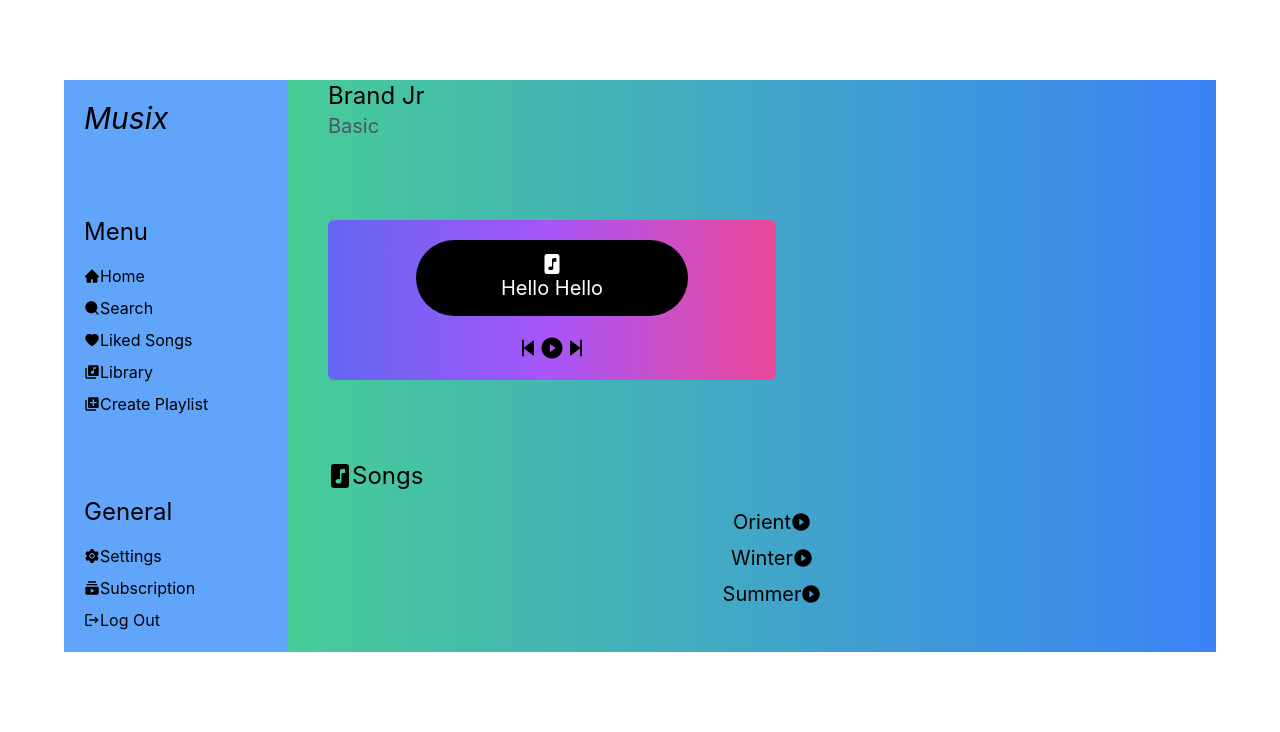
Repository: brandford7/music-player
Page: /
An editor plug-in stored every save of this project. The page is shown before and after the next save, followed by the edit.
The browser window is 1280 px wide. The pictures show the whole page.
The project was rebuilt for these pictures with package versions that can differ from the ones it lists, and the page was loaded fresh each time. The framework's server and built-in components were replaced by stand-ins that run in the browser. Also part of the build but not shown: next.config.js.

Above is the page before, as saved 2022-11-18 13:09:01.

### pages/index.js
import Head from "next/head";
import Image from "next/image";
import { MusicCard, Sidebar, SongList, UserAvatar } from "../components";

export default function Home() {
  return (
    <div className="flex mx-auto max-w-6xl my-20 space-x-10 bg-gradient-to-r from-green-400 to-blue-500">
      <Head>
        <title>Music Player</title>
        <meta name="description" content="Generated by create next app" />
        <link rel="icon" href="/favicon.ico" />
      </Head>
      <aside>
        <Sidebar />
      </aside>
      <main className="flex flex-col flex-1 space-y-20">
        <UserAvatar name="Brand Jr" subscription="Basic" />
        <MusicCard title="Hello Hello" />
        <SongList />
      </main>
    </div>
  );
}

### styles/globals.css
@tailwind base;
@tailwind components;
@tailwind utilities;



html,
body {
  padding: 0;
  margin: 0;
  font-family: -apple-system, BlinkMacSystemFont, Segoe UI, Roboto, Oxygen,
    Ubuntu, Cantarell, Fira Sans, Droid Sans, Helvetica Neue, sans-serif;
}

a {
  color: inherit;
  text-decoration: none;
}

* {
  box-sizing: border-box;
}

@media (prefers-color-scheme: dark) {
  html {
    color-scheme: dark;
  }
  body {
    color: white;
    background: black;
  }
}

### components/index.js
export { default as Sidebar } from './Sidebar';
export { default as UserAvatar } from './UserAvatar';
export { default as MusicCard } from './MusicCard';
export { default as MusicButton } from './MusicButton';
export { default as SongList } from './SongList';

### components/Sidebar.jsx
import React from "react";
import { AiFillHome, AiFillHeart, AiFillSetting } from "react-icons/ai";
import {
  MdLibraryMusic,
  MdLibraryAdd,
  MdLogout,
  MdSubscriptions,
} from "react-icons/md";
import { RiSearchFill } from "react-icons/ri";

const Sidebar = () => {
  return (
    <div className="flex flex-col space-y-20 bg-blue-400 p-5  w-56">
      <section>
        <h1 className="text-3xl italic">Musix</h1>
      </section>
      <section>
        <h2 className="mb-4 text-2xl">Menu</h2>
        <ul className="space-y-2">
          <li className="flex items-center ">
            <AiFillHome />
            Home
          </li>
          <li className="flex items-center ">
            <RiSearchFill />
            Search
          </li>
          <li className="flex items-center ">
            <AiFillHeart />
            Liked Songs
          </li>
          <li className="flex items-center ">
            <MdLibraryMusic />
            Library
          </li>
          <li className="flex items-center ">
            <MdLibraryAdd />
            Create Playlist
          </li>
        </ul>
      </section>
      <section>
        <h2 className="mb-4 text-2xl">General</h2>
        <ul className="space-y-2">
          <li className="flex items-center ">
            <AiFillSetting />
            Settings
          </li>
          <li className="flex items-center ">
            <MdSubscriptions />
            Subscription
          </li>
          <li className="flex items-center ">
            <MdLogout />
            Log Out
          </li>
        </ul>
      </section>
    </div>
  );
};

export default Sidebar;

### components/UserAvatar.jsx
import React from "react";

const UserAvatar = ({ image, name, subscription }) => {
  return (
    <div className="flex flex-col">
      <img src={image} alt="" />
      <h2 className="text-2xl">{name}</h2>
      <p className="text-gray-600 text-xl"> {subscription}</p>
    </div>
  );
};

export default UserAvatar;

### components/MusicCard.jsx
import React from "react";
import { BsFillFileMusicFill } from "react-icons/bs";
import MusicButton from "./MusicButton";
import {
  AiFillPlayCircle,
  AiFillStepBackward,
  AiFillStepForward,
} from "react-icons/ai";

const MusicCard = ({ title }) => {
  return (
    <div className=" flex flex-col items-center  space-y-5 p-5 max-w-md rounded-md h-40 w-4/5 bg-gradient-to-r from-indigo-500 via-purple-500 to-pink-500">
      <section className="flex flex-col items-center justify-center space-y-2 rounded-full h-3/4 w-2/3 bg-black text-white text-xl">
        <BsFillFileMusicFill />
        {title}
      </section>
      <section className="flex items-center justify-center text-2xl">
        <MusicButton icon={<AiFillStepBackward />} />
        <MusicButton icon={<AiFillPlayCircle />} />
        <MusicButton icon={<AiFillStepForward />} />
      </section>
    </div>
  );
};

export default MusicCard;

### components/MusicButton.jsx
import React from 'react'

const MusicButton = ({icon}) => {
  return (
      <div>{icon}</div>
  )
}

export default MusicButton

### components/SongList.jsx
import React from "react";
import { BsFillFileMusicFill } from "react-icons/bs";
import { AiFillPlayCircle } from "react-icons/ai";
import MusicButton from "./MusicButton";

const SongList = () => {
  return (
    <div>
      <h1 className="flex items-center space-x-5 text-2xl mb-4">
        <BsFillFileMusicFill />
        Songs
      </h1>
      <section>
        <ul className="flex flex-col items-center text-xl space-y-2">
          <li className="flex items-center  ">
            Orient <MusicButton icon={<AiFillPlayCircle />} />
          </li>
          <li className="flex items-center justify-around ">
            Winter <MusicButton icon={<AiFillPlayCircle />} />
          </li>
          <li className="flex items-center justify-around ">
            Summer <MusicButton icon={<AiFillPlayCircle />} />
          </li>
        </ul>
      </section>
    </div>
  );
};

export default SongList;

Loaded but not shown: pages/_app.js (common file); tailwind.config.js (common file)

After the next save:
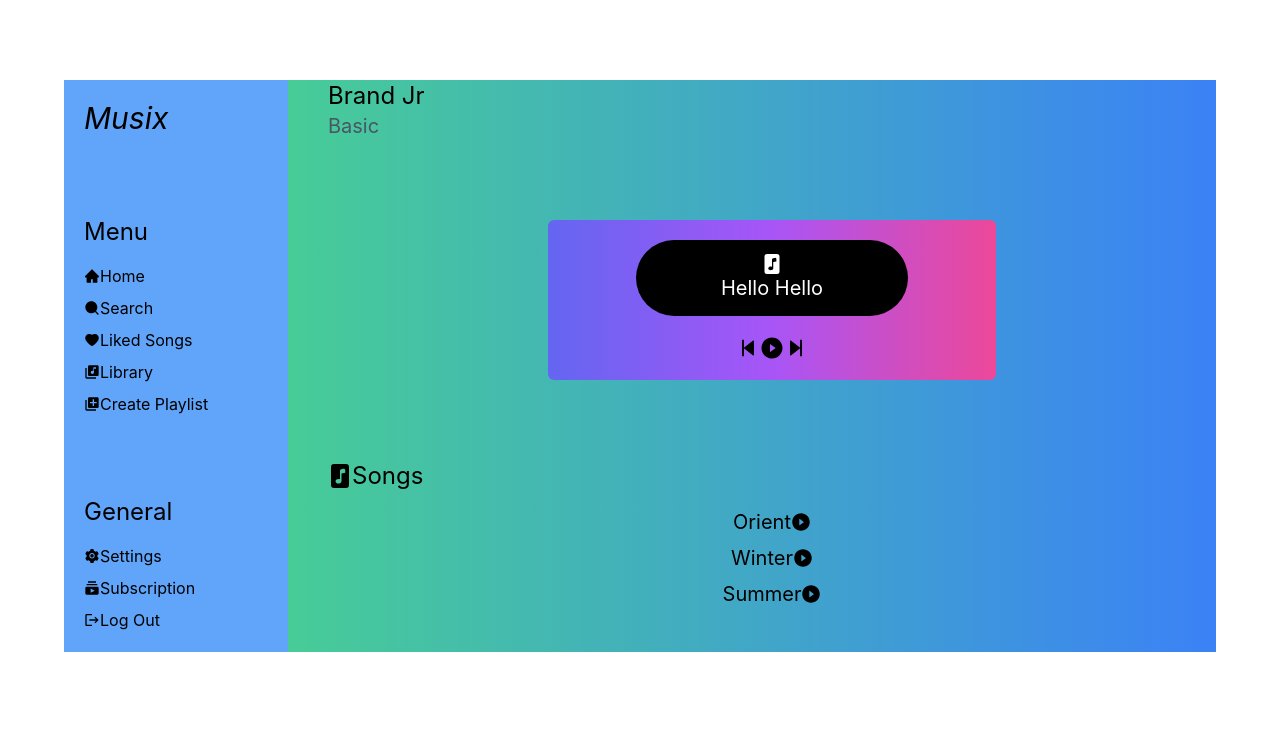
Saved 10 s later.
--- a/components/MusicCard.jsx
+++ b/components/MusicCard.jsx
@@ -9,7 +9,7 @@ import {
 
 const MusicCard = ({ title }) => {
   return (
-    <div className=" flex flex-col items-center  space-y-5 p-5 max-w-md rounded-md h-40 w-4/5 bg-gradient-to-r from-indigo-500 via-purple-500 to-pink-500">
+    <div className=" flex flex-col items-center mx-auto space-y-5 p-5 max-w-md rounded-md h-40 w-4/5 bg-gradient-to-r from-indigo-500 via-purple-500 to-pink-500">
       <section className="flex flex-col items-center justify-center space-y-2 rounded-full h-3/4 w-2/3 bg-black text-white text-xl">
         <BsFillFileMusicFill />
         {title}
